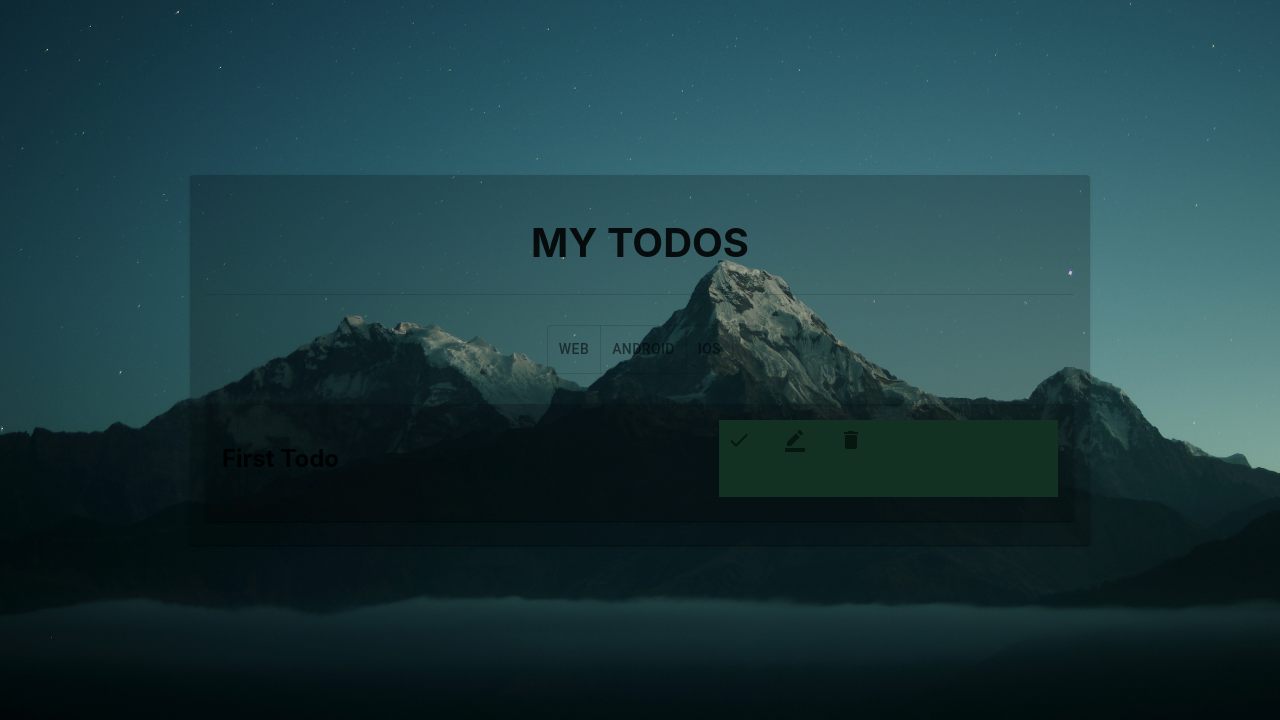
Repository: Ebadahamde/React-CRUDS-Project
Page: /
These files come from the project's save history. The page is drawn as it stood at one moment and after the next save; the edit follows.
The browser window is 1280 px wide. The pictures show the whole page.
The project was rebuilt for these pictures with package versions that can differ from the ones it lists, and the page was loaded fresh each time.

Above is the page before, as saved 2025-08-23 16:30:13.

### src/App.js
import logo from './logo.svg';
import './App.css';
import BasicCard from './Componends/TodosList';

function App() {
  return (
    <div className="App"   style={{
    backgroundImage: "url('/Background2.jpg')",
    backgroundSize: "cover",
    backgroundPosition: "center",
    minHeight: "100vh"
  }}>
     <BasicCard/>
    </div>
  );
}

export default App;

### src/Componends/TodosList.js
import Card from "@mui/material/Card";
import Divider from "@mui/material/Divider";
import CardContent from "@mui/material/CardContent";
import Container from "@mui/material/Container";
// TOGGLE GROUP
import ToggleButton from "@mui/material/ToggleButton";
import ToggleButtonGroup from "@mui/material/ToggleButtonGroup";
import Todo from "./todo";
// TOGGLE GROUP

export default function BasicCard() {
  return (
    <Container
      maxWidth="md"
      sx={{
        display: "flex",
        justifyContent: "center",
        alignItems: "center",
        minHeight: "100vh",
        borderRadius: "100px",
      }}
    >
      <Card sx={{ minWidth: 900, background: "#00000035" }}>
        <CardContent>
          <h1 style={{ fontSize: "40PX" }}>MY TODOS</h1>
          <Divider />

          {/* TOGGLE GROUP */}
          <ToggleButtonGroup
            color="primary"
            //   value={alignment}
            exclusive
            //   onChange={handleChange}
            aria-label="Platform"
            style={{ marginTop: "30px", marginBottom: "30px" }}
          >
            <ToggleButton value="web">Web</ToggleButton>
            <ToggleButton value="android">Android</ToggleButton>
            <ToggleButton value="ios">iOS</ToggleButton>
          </ToggleButtonGroup>
          {/* ====TOGGLE GROUP==== */}
          <Todo />
        </CardContent>
      </Card>
    </Container>
  );
}

### src/Componends/todo.js
import Card from "@mui/material/Card";
import CardContent from "@mui/material/CardContent";
import Grid from "@mui/material/Grid";
import CheckIcon from "@mui/icons-material/Check";
import DeleteIcon from "@mui/icons-material/Delete";
import IconButton from "@mui/material/IconButton";
import Stack from '@mui/material/Stack';
import BorderColorIcon from '@mui/icons-material/BorderColor';


export default function Todo() {
  return (
    <Card sx={{ background: "#00000035", minWidth: 275 }}>
      <CardContent>
        <Grid container spacing={2}>
          <Grid size={7}>
            <h3 style={{ fontSize: "24px", textAlign: "left" }}>First Todo</h3>
          </Grid>
          <Grid  sx={{background:"#123123"}} size={5}>
            <>
              <Stack direction="row" spacing={2} >
                <IconButton >
                  <CheckIcon />
                </IconButton>
                <IconButton   >
                  <BorderColorIcon />
                </IconButton>
                <IconButton  >
                  <DeleteIcon />
                </IconButton>
                <IconButton  >
                </IconButton>
              </Stack>
            </>
          </Grid>
        </Grid>
      </CardContent>
    </Card>
  );
}

Loaded but not shown: public/index.html (common file); src/index.js (common file); src/index.css (common file); src/reportWebVitals.js (common file); src/App.css (common file)

After the next save:
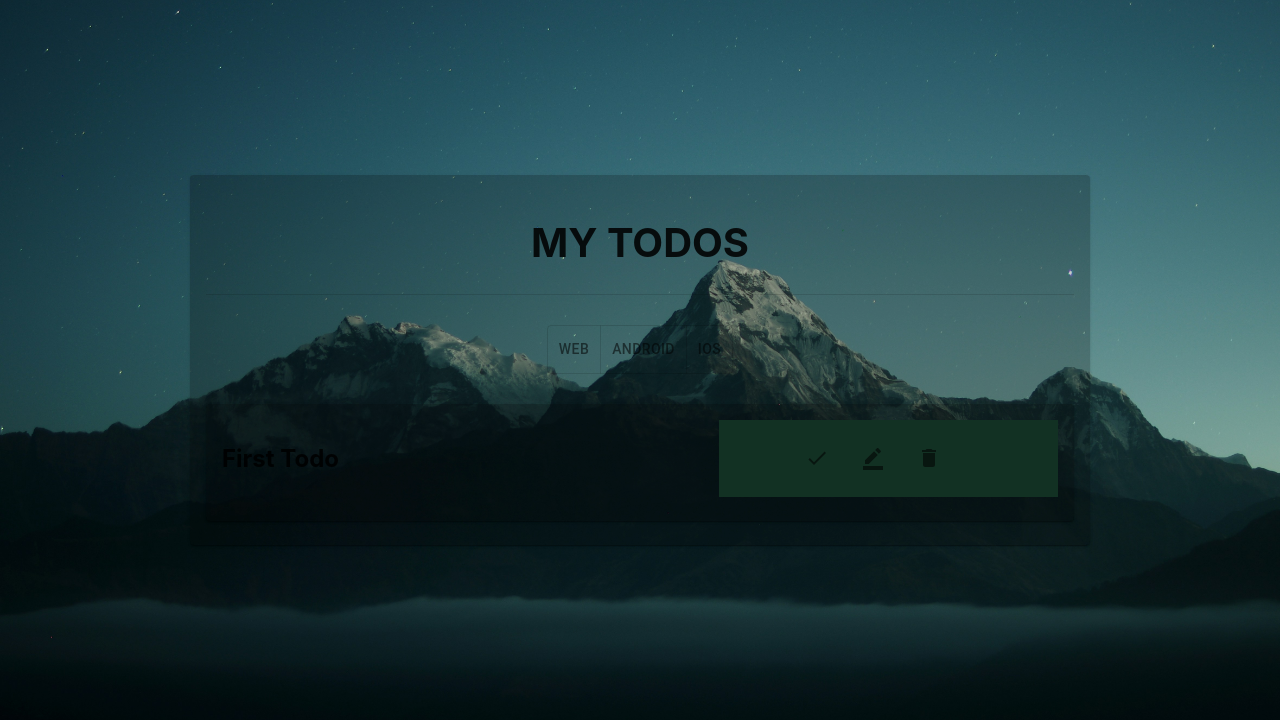
Saved 40 s later.
--- a/src/Componends/todo.js
+++ b/src/Componends/todo.js
@@ -4,9 +4,8 @@ import Grid from "@mui/material/Grid";
 import CheckIcon from "@mui/icons-material/Check";
 import DeleteIcon from "@mui/icons-material/Delete";
 import IconButton from "@mui/material/IconButton";
-import Stack from '@mui/material/Stack';
-import BorderColorIcon from '@mui/icons-material/BorderColor';
-
+import Stack from "@mui/material/Stack";
+import BorderColorIcon from "@mui/icons-material/BorderColor";
 
 export default function Todo() {
   return (
@@ -16,20 +15,27 @@ export default function Todo() {
           <Grid size={7}>
             <h3 style={{ fontSize: "24px", textAlign: "left" }}>First Todo</h3>
           </Grid>
-          <Grid  sx={{background:"#123123"}} size={5}>
+          <Grid
+            sx={{
+              background: "#123123",
+              display: "flex",
+              justifyContent: "center",
+              alignItems: "center",
+            }}
+            size={5}
+          >
             <>
-              <Stack direction="row" spacing={2} >
-                <IconButton >
+              <Stack direction="row" spacing={2}>
+                <IconButton>
                   <CheckIcon />
                 </IconButton>
-                <IconButton   >
+                <IconButton>
                   <BorderColorIcon />
                 </IconButton>
-                <IconButton  >
+                <IconButton>
                   <DeleteIcon />
                 </IconButton>
-                <IconButton  >
-                </IconButton>
+                <IconButton></IconButton>
               </Stack>
             </>
           </Grid>
